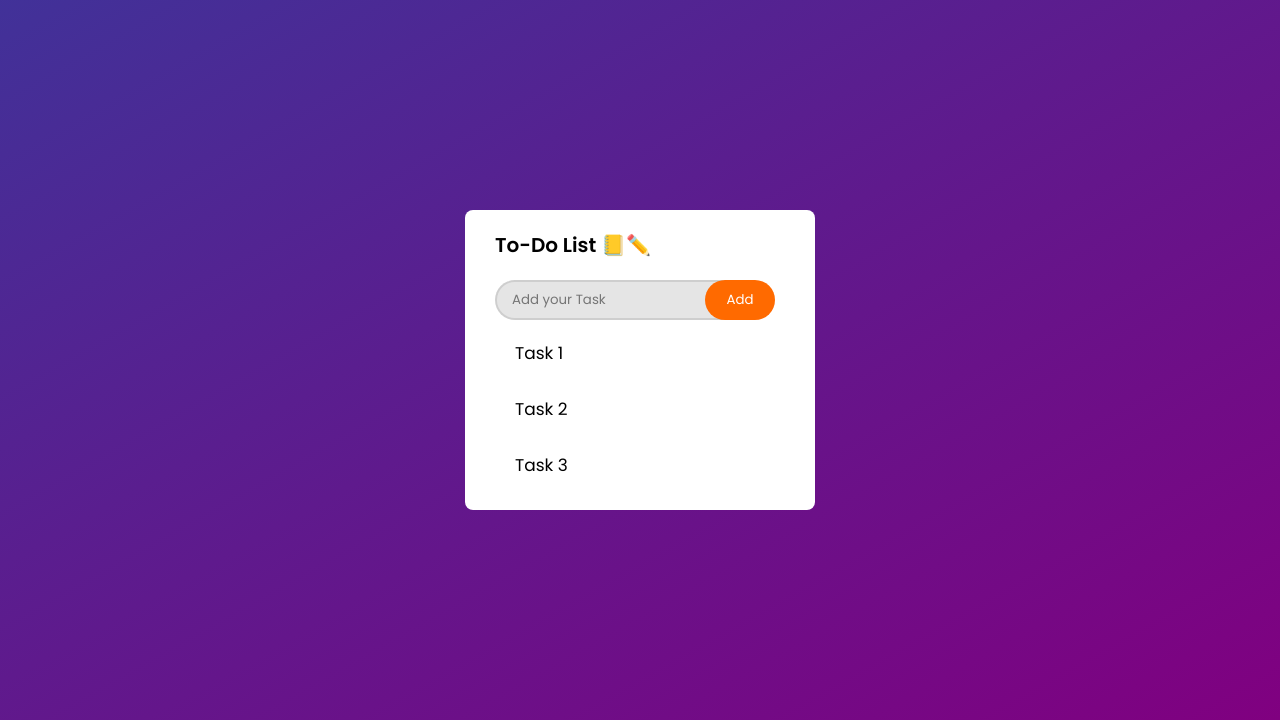
Repository: Ankitkr2021/To-Do-List
Page: index.html
The author's editor kept a copy of each file at every save. The page is drawn from the files as they stood at one save, then again after the next save.
The browser window is 1280 px wide. The pictures show the whole page.

Above is the page before, as saved 2025-10-03 10:16:55.

After the next save:
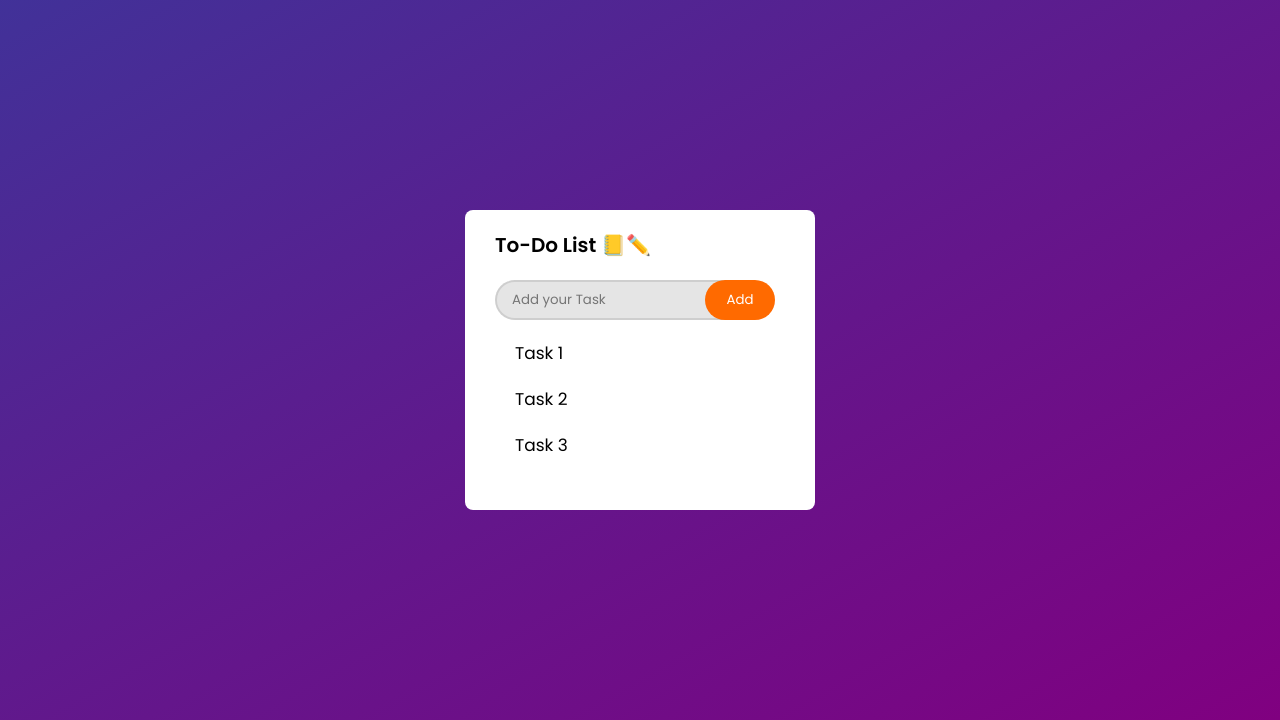
Saved 7 s later.
--- a/style.css
+++ b/style.css
@@ -59,7 +59,7 @@ body{
 ul li {
     list-style: none;
     font-size: 17px;
-    padding: 20px 8px 10px 50px;
+    padding: 20px 8px 0 50px;
     user-select: none;
     cursor: pointer;
 }
